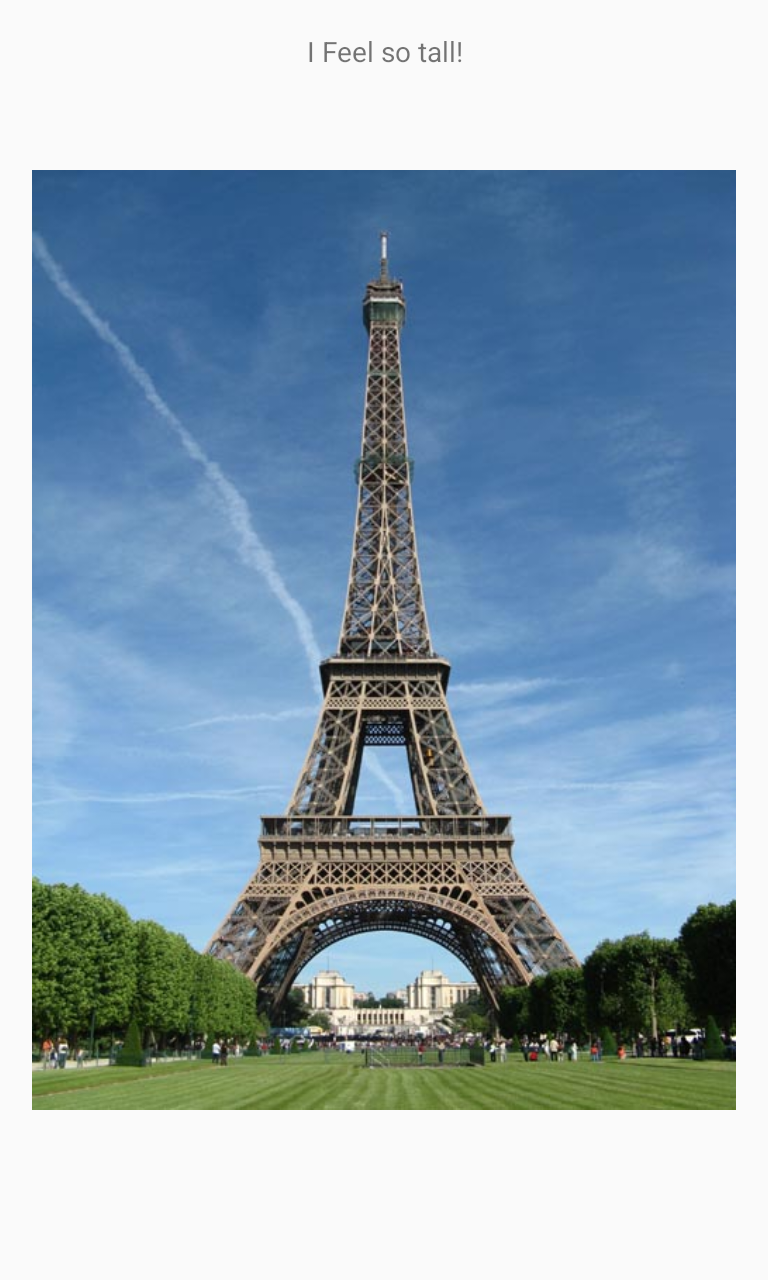
Repository: Smahane/Android_CST407
Layout: HomeWork2/HomeWork2_Resources_State/res/layout/fragment_opinion.xml
An editor plug-in stored every save of this project. The layout is shown before and after the next save, followed by the edit.
It is drawn on a 768 x 1280 px phone screen (xhdpi) without system bars, with theme AppTheme; the app's code is not run.

Above is the layout before, as saved 2014-07-20 17:36:12.

After the next save:
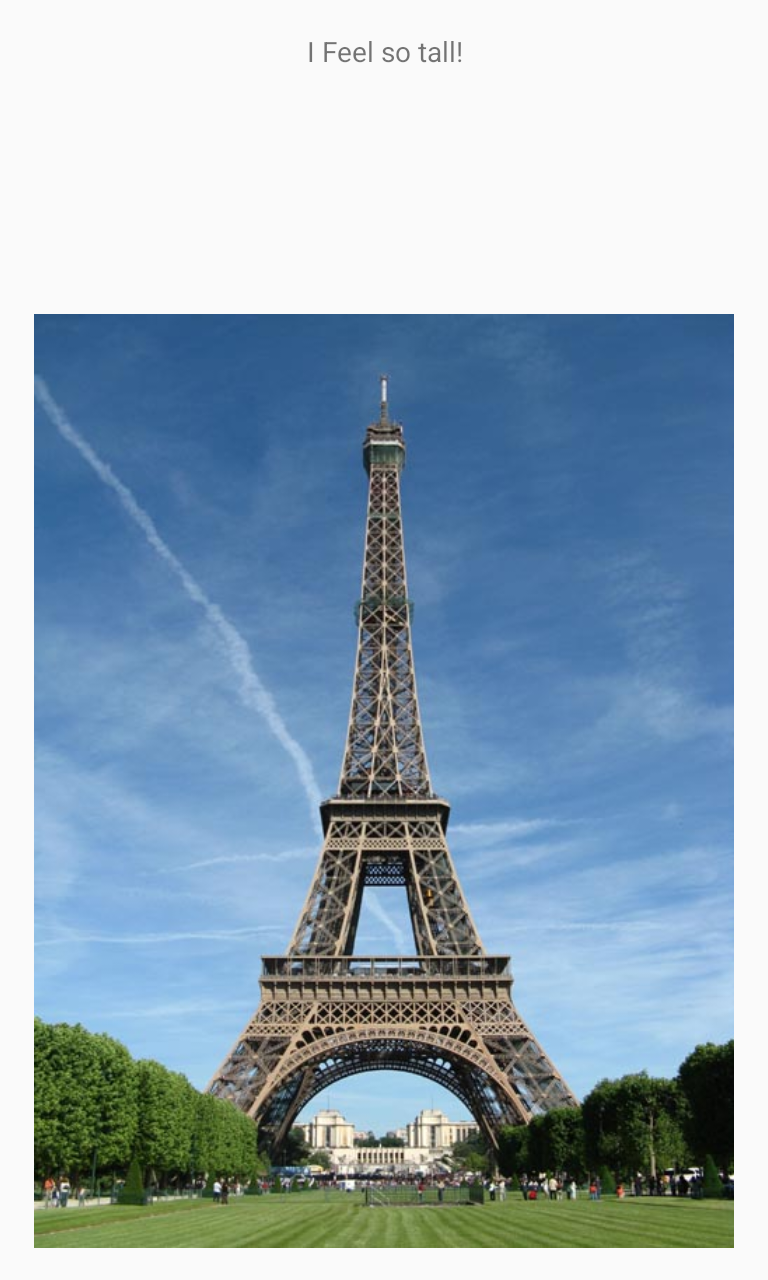
Saved 88 s later.
--- a/HomeWork2/HomeWork2_Resources_State/res/layout/fragment_opinion.xml
+++ b/HomeWork2/HomeWork2_Resources_State/res/layout/fragment_opinion.xml
@@ -20,6 +20,10 @@
         android:layout_width="wrap_content"
         android:layout_height="wrap_content"
         android:layout_alignLeft="@+id/textView1"
+        android:layout_below="@+id/textView1"
+        android:layout_marginTop="122dp"
+        android:layout_centerVertical="false"
+        android:layout_centerHorizontal="true"
         android:src="@drawable/eiffeltower" />
 
 </RelativeLayout>

After the save that followed:
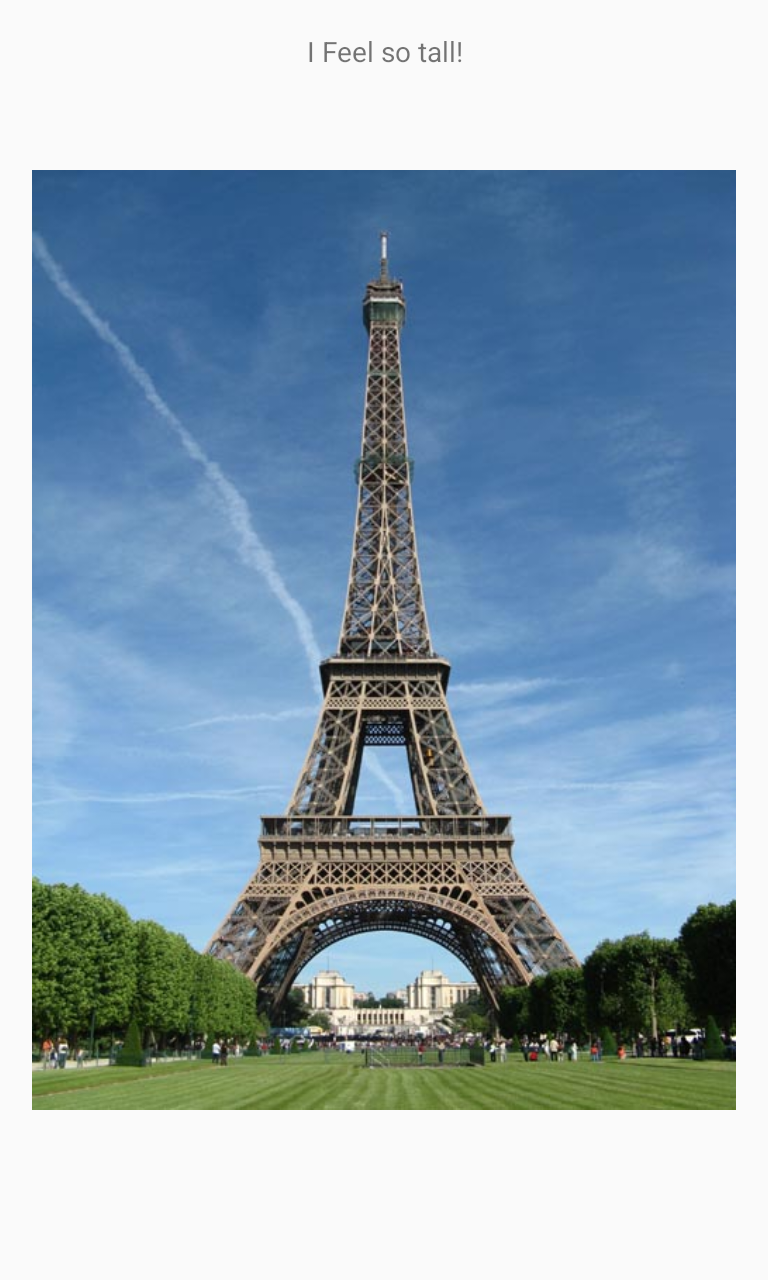
Saved 2 min 40 s later.
--- a/HomeWork2/HomeWork2_Resources_State/res/layout/fragment_opinion.xml
+++ b/HomeWork2/HomeWork2_Resources_State/res/layout/fragment_opinion.xml
@@ -19,11 +19,8 @@
         android:id="@+id/imageView1"
         android:layout_width="wrap_content"
         android:layout_height="wrap_content"
-        android:layout_alignLeft="@+id/textView1"
-        android:layout_below="@+id/textView1"
-        android:layout_marginTop="122dp"
-        android:layout_centerVertical="false"
-        android:layout_centerHorizontal="true"
+        android:layout_alignParentLeft="true"
+        android:layout_alignTop="@+id/textView1"
         android:src="@drawable/eiffeltower" />
 
 </RelativeLayout>
